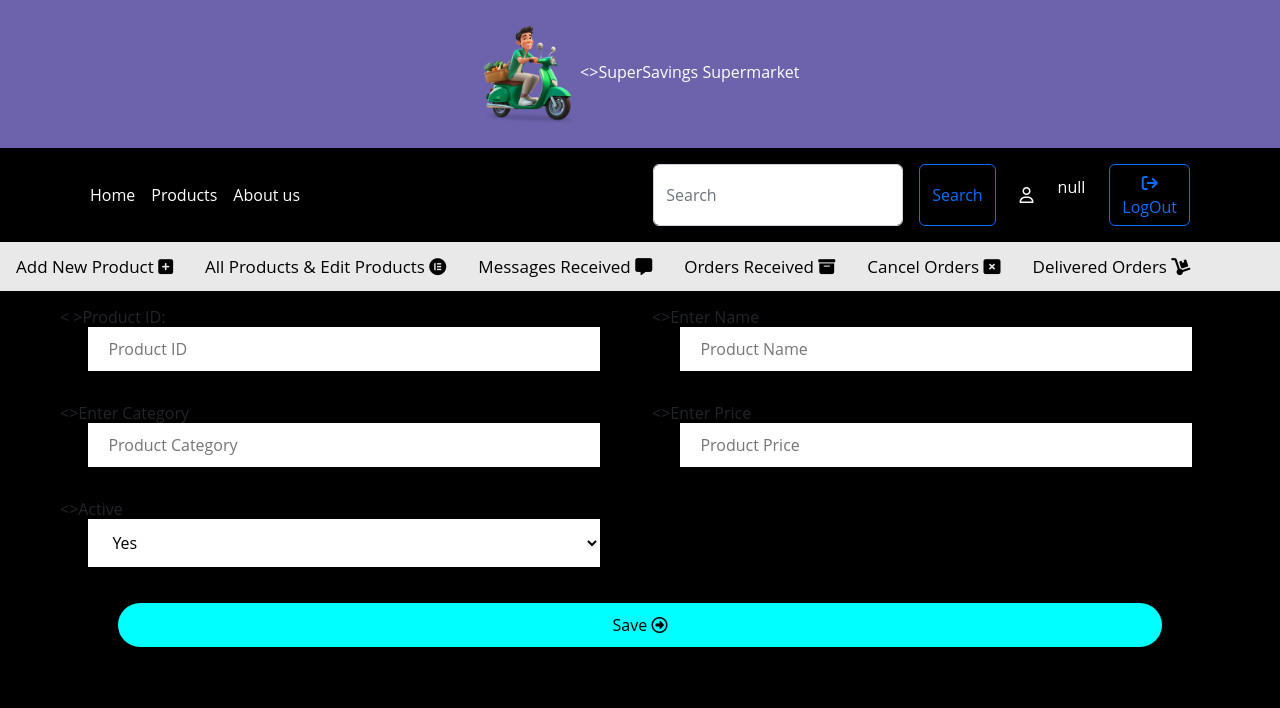
Repository: Raviraj39/SuperSaving-Online-Supermarket-Website
Page: http://localhost/Super_market/AddNewProduct.jsp
An editor plug-in stored every save of this project. The page is shown before and after the next save, followed by the edit.
The browser window is 1280 px wide. The pictures show the whole page.
The page is served by Tomcat 9. Other server files are loaded and not shown.

Above is the page before, as saved 2023-12-28 18:27:19.

### Super_market/src/main/webapp/AddNewProduct.jsp
<%@ page language="java" contentType="text/html; charset=ISO-8859-1"
    pageEncoding="ISO-8859-1"%>

     <%@page import ="java.sql.*"%>
      <%@page import ="java.io.IOException" %>
    <%@ page import ="java.io.PrintWriter"%>
    <%@ include file="AdminHome.jsp" %>

    <%


    %>
<!DOCTYPE html>
<html>
<head>
<meta charset="ISO-8859-1">
<title>SuperSaving Supermarket</title>
<link rel="stylesheet" href="css/addproduct.css">
<link rel="stylesheet" href="https://cdnjs.cloudflare.com/ajax/libs/font-awesome/6.5.1/css/all.min.css" integrity="sha512-DTOQO9RWCH3ppGqcWaEA1BIZOC6xxalwEsw9c2QQeAIftl+Vegovlnee1c9QX4TctnWMn13TZye+giMm8e2LwA==" crossorigin="anonymous" referrerpolicy="no-referrer" />
<link href="https://cdn.jsdelivr.net/npm/bootstrap@5.2.3/dist/css/bootstrap.min.css" rel="stylesheet"
		integrity="sha384-rbsA2VBKQhggwzxH7pPCaAqO46MgnOM80zW1RWuH61DGLwZJEdK2Kadq2F9CUG65" crossorigin="anonymous">
</head>
<body class="body">

<%
String msg=request.getParameter("msg");
if("done".equals(msg)){
	%>
	<h3 class="alert">product added successfully!!!</h3>
	<% }%>
	<%
	if("wrong".equals(msg)){
	%>

<h3 class="alert">Some thing went wrong! Try Again!</h3>

	<% }%>







<form method="post" action="addproduct" class="cotainer ">
		<div class="cotainer mx-5  row" >
		<div class="col-12 col-md-6 my-3">
		< >Product ID: </>
		<input type="text" class="input-style " name="input1" placeholder="Product ID">
		</div>
		<div class="col-12 col-md-6 my-3">
		 <>Enter Name</>
		 	<input type="text" class="input-style" name="input2" placeholder="Product Name">

		</div>

		<div class=" col-12 col-md-6 my-3">
		<>Enter Category</>
		<input type="text"  class="input-style" name="input3" placeholder="Product Category">

		</div>

		<div class="col-12 col-md-6 my-3">
		<>Enter Price</>
		<input type="text" class="input-style" name="input4" placeholder="Product Price">
		</div>

		<div class=" col-12 col-md-6 my-3">
		<>Active</>
		<select name="active" class="input-style" id="active">
			<option value="yes">Yes</option>
			<option value="no">No</option>
		</select>

		</div>

		<div class=" col-12  my-3">
		<button class="button" type="submit">Save <i class='far fa-arrow-alt-circle-right'></i>
		</div>
		</button>
		</div>

</form>
</body>
</html>

### Super_market/src/main/webapp/AdminHome.jsp
<%@ page language="java" contentType="text/html; charset=ISO-8859-1"
    pageEncoding="ISO-8859-1"%>
<!DOCTYPE html>
<html>
<head>
<meta charset="ISO-8859-1">
<title>SuperSaving Supermarket</title>
<link rel="stylesheet" href="css/homestyle.css">
<link rel="stylesheet" href="https://cdnjs.cloudflare.com/ajax/libs/font-awesome/6.5.1/css/all.min.css" integrity="sha512-DTOQO9RWCH3ppGqcWaEA1BIZOC6xxalwEsw9c2QQeAIftl+Vegovlnee1c9QX4TctnWMn13TZye+giMm8e2LwA==" crossorigin="anonymous" referrerpolicy="no-referrer" />
<link href="https://cdn.jsdelivr.net/npm/bootstrap@5.2.3/dist/css/bootstrap.min.css" rel="stylesheet"
		integrity="sha384-rbsA2VBKQhggwzxH7pPCaAqO46MgnOM80zW1RWuH61DGLwZJEdK2Kadq2F9CUG65" crossorigin="anonymous">

</head>
<body>
	<div class="container-fluid navtop">
		<div class="text-center py-4 text-white  ">
			<img src="./images/illustrations/BikeDilvery.webp" alt="" class="" height="100px">
			<>SuperSavings Supermarket</>
		</div>
	</div>
	<nav class="navbar navbar-expand-lg bg-black text-white py-3">
		<div class="container text-white">
			<button class="navbar-toggler" type="button" data-bs-toggle="collapse"
				data-bs-target="#navbarSupportedContent" aria-controls="navbarSupportedContent" aria-expanded="false"
				aria-label="Toggle navigation">
				<span class="navbar-toggler-icon"></span>
			</button>
			<div class="collapse navbar-collapse " id="navbarSupportedContent">
				<ul class="navbar-nav me-auto mb-2 mb-lg-0  ">
					<li class="nav-item">
						<a class="nav-link active text-white" href="./AdminHome.jsp">Home</a>
					</li>
					<li class="nav-item">
						<a class="nav-link text-white" href="">Products</a>
					</li>
					<li class="nav-item">
						<a class="nav-link text-white" href="#"> About us</a>
					</li>
				</ul>
				<form class="d-flex" role="search">
					<input class="form-control me-2" type="search" placeholder="Search" aria-label="Search">
					<button class="btn btn-outline-primary mx-2" type="submit">Search</button>
					<div class="d-flex align-items-center justify-content-between mx-3">
						<div class="">
						<i class="fa-regular fa-user "></i></div>
					<p class="ms-4 "><%= session.getAttribute("username") %></p>
					</div>
					<a href="logout" class="btn btn-outline-primary mx-2"> <i class="fa-solid fa-arrow-right-from-bracket"></i>LogOut  </a>
				</form>
			</div>
		</div>
	</nav>
	<div class="topnav sticky">
            <a href="AddNewProduct.jsp">Add New Product <i class='fas fa-plus-square'></i></a>
            <a href="allProductEdit.jsp">All Products & Edit Products <i class='fab fa-elementor'></i></a>
            <a href="">Messages Received <i class='fas fa-comment-alt'></i></a>
            <a href="">Orders Received <i class="fas fa-archive"></i></a>
            <a href="">Cancel Orders <i class='fas fa-window-close'></i></a>
            <a href="">Delivered Orders <i class='fas fa-dolly'></i></a>
          </div>

</body>
</html>

### Super_market/src/main/webapp/css/homestyle.css
    body {
  font-family: "Open Sans", sans-serif;
  line-height: 1.25;
  background-color: #6C63AC;
}
a
{
	text-decoration: none;
}
.sticky {
  position: -webkit-sticky;
  position: sticky;
  top: 0;
}

@font-face {
	font-family: fonts;
	src: url(../fonts/moto-verse.otf);
}
.top-nav >div{
	font-family: fonts;
	font-weight: 900;
	font-size: 4em;
}
.navtop{
	background-color: #6C63AC;
}
.carousel-img{
	height: 75vh;
}
table {
  border: 1px solid #ccc;
  border-collapse: collapse;
  margin: 0;
  padding: 0;
  width: 100%;
  /*margin-left: 5%;*/
  table-layout: fixed;
}

table caption {
  font-size: 1.5em;
  margin: .5em 0 .75em;
}

table tr {
  background-color: #f8f8f8;
  border: 1px solid #ddd;
  padding: .35em;
}

table th,
table td {
  padding: .625em;
  text-align: center;
}

table th {
  font-size: .85em;
  letter-spacing: .1em;
  text-transform: uppercase;
}

@media screen and (max-width: 600px) {
  table {
    border: 0;
  }

  table caption {
    font-size: 1.3em;
  }

  table thead {
    border: none;
    clip: rect(0 0 0 0);
    height: 1px;
    margin: -1px;
    overflow: hidden;
    padding: 0;
    position: absolute;
    width: 1px;
  }

  table tr {
    border-bottom: 3px solid #ddd;
    display: block;
    margin-bottom: .625em;
  }

  table td {
    border-bottom: 1px solid #ddd;
    display: block;
    font-size: .8em;
    text-align: right;
  }

  table td::before {
    /*
    * aria-label has no advantage, it won't be read inside a table
    content: attr(aria-label);
    */
    content: attr(data-label);
    float: left;
    font-weight: bold;
    text-transform: uppercase;
  }

  table td:last-child {
    border-bottom: 0;
  }
}

/*Header Css*/
* {box-sizing: border-box;}

    body {
      margin: 0;
      font-family: Arial, Helvetica, sans-serif;
    }

    .topnav {
      overflow: hidden;
      background-color: #e9e9e9;
    }

    .topnav a {
      float: left;
      display: block;
      color: black;
      text-align: center;
      padding: 14px 16px;
      text-decoration: none;
      font-size: 17px;
    }

    .topnav a:hover {
      background-color: #ddd;
      color: black;
    }

    .topnav a.active {
      background-color: #2196F3;
      color: white;
    }

    .topnav .search-container {
      float: right;
    }

    .topnav input[type=text] {
      padding: 6px;
      margin-top: 8px;
      font-size: 17px;
      border: none;
    }

    .topnav .search-container button {
      float: right;
      padding: 6px 10px;
      margin-top: 8px;
      margin-right: 16px;
      background: #ddd;
      font-size: 17px;
      border: none;
      cursor: pointer;
    }

    .topnav .search-container button:hover {
      background: #ccc;
    }

    @media screen and (max-width: 600px) {
      .topnav .search-container {
        float: none;
      }
      .topnav a, .topnav input[type=text], .topnav .search-container button {
        float: none;
        display: block;
        text-align: left;
        width: 100%;
        margin: 0;
        padding: 14px;
      }
      .topnav input[type=text] {
        border: 1px solid #ccc;
      }

    }





.input-style {
  width: 90%;
  padding: 12px 20px;
  margin-left:5%;
  box-sizing: border-box;
  border: none;
  background-color:white;
  color: black;
  font-size: 16px;
}

input[type=text]:focus, textarea:focus,button:focus{
  outline: 4px solid orange;
  background-color:rgb(224, 255, 219);     /* oranges! yey */
}

.button {
  background-color: aqua;
  border: none;
  color: black;
  padding: 12px 20px;
  text-align: center;
  text-decoration: none;
  display: inline-block;
  font-size: 14px;
  margin: 4px 2px;
  transition-duration: 0.4s;
  cursor: pointer;
  margin-left:5%;
  font-size: 16px;
  width: 90%;
   border-radius: 25px;
}

.button:hover {
  background-color: #555555;
  color: white;
}


.alert
{
	color:yellow;
}

.profile-style
{
	border-style: dotted;

}

.left-div
{
	width: 50%;
	display:inline-block;
}

.right-div
{
	float:right;
	width: 50%;
	display:inline-block;
}
/*footer*/
.footer {
   position: fixed;
   left: 0;
   bottom: 0;
   width: 100%;
   background-color:#ccc;
   color:black;
   text-align: center;
}

.h2222 {
  width: 100%;
  padding: 12px 20px;
  margin: 8px 0;
  box-sizing: border-box;
  border: none;
  background-color: #3CBC8D;
  color: white;
}

### Super_market/src/main/webapp/css/addproduct.css
.body {
  font-family: "Open Sans", sans-serif;
  line-height: 1.25;
  background-color: #000;
}

a{
	text-decoration: none;
}
.sticky {
  position: -webkit-sticky;
  position: sticky;
  top: 0;
}

table {
  border: 1px solid #ccc;
  border-collapse: collapse;
  margin: 0;
  padding: 0;
  width: 100%;
  /*margin-left: 5%;*/
  table-layout: fixed;
}

table caption {
  font-size: 1.5em;
  margin: .5em 0 .75em;
}

table tr {
  background-color: #f8f8f8;
  border: 1px solid #ddd;
  padding: .35em;
}

table th,
table td {
  padding: .625em;
  text-align: center;
}

table th {
  font-size: .85em;
  letter-spacing: .1em;
  text-transform: uppercase;
}

@media screen and (max-width: 600px) {
  table {
    border: 0;
  }

  table caption {
    font-size: 1.3em;
  }

  table thead {
    border: none;
    clip: rect(0 0 0 0);
    height: 1px;
    margin: -1px;
    overflow: hidden;
    padding: 0;
    position: absolute;
    width: 1px;
  }

  table tr {
    border-bottom: 3px solid #ddd;
    display: block;
    margin-bottom: .625em;
  }

  table td {
    border-bottom: 1px solid #ddd;
    display: block;
    font-size: .8em;
    text-align: right;
  }

  table td::before {
    /*
    * aria-label has no advantage, it won't be read inside a table
    content: attr(aria-label);
    */
    content: attr(data-label);
    float: left;
    font-weight: bold;
    text-transform: uppercase;
  }

  table td:last-child {
    border-bottom: 0;
  }
}

/*Header Css*/
* {box-sizing: border-box;}

    body {
      margin: 0;
      font-family: Arial, Helvetica, sans-serif;
    }


/*footer*/
.footer {
   position: fixed;
   left: 0;
   bottom: 0;
   width: 100%;
   background-color:#ccc;
   color:black;
   text-align: center;
}

.input-style {
  width: 90%;
  padding: 12px 20px;
  margin-left:5%;
  box-sizing: border-box;
  border: none;
  background-color:white;
  color: black;
  font-size: 16px;
}

input[type=text]:focus, textarea:focus,button:focus{
  outline: 4px solid orange;
  background-color:rgb(224, 255, 219);     /* oranges! yey */
}

.button {
  background-color: aqua;
  border: none;
  color: black;
  padding: 12px 20px;
  text-align: center;
  text-decoration: none;
  display: inline-block;
  font-size: 14px;
  margin: 4px 2px;
  transition-duration: 0.4s;
  cursor: pointer;
  margin-left:5%;
  font-size: 16px;
  width: 90%;
   border-radius: 25px;
}

.button:hover {
  background-color: #555555;
  color: white;
}

hr
{
	width: 90%
}

{
	text-align: center;
	color:white;
}
.alert
{
	color:yellow;
}

.profile-style
{
	border-style: dotted;

}

.left-div
{
	width: 50%;
	display:inline-block;
}

.right-div
{
	float:right;
	width: 50%;
	display:inline-block;
}

After the next save:
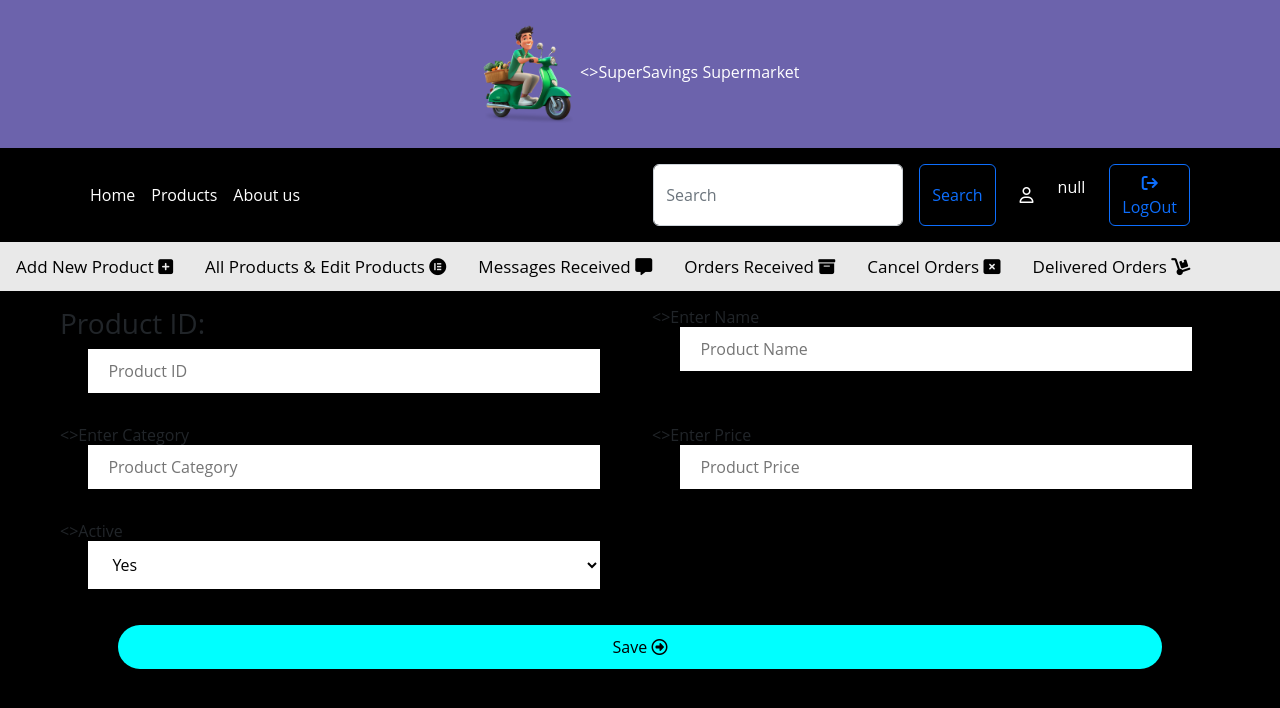
Saved 8 s later.
--- a/Super_market/src/main/webapp/AddNewProduct.jsp
+++ b/Super_market/src/main/webapp/AddNewProduct.jsp
@@ -45,7 +45,7 @@ if("done".equals(msg)){
 <form method="post" action="addproduct" class="cotainer ">
 		<div class="cotainer mx-5  row" >
 		<div class="col-12 col-md-6 my-3">
-		< >Product ID: </>
+		<h3 >Product ID: </h3>
 		<input type="text" class="input-style " name="input1" placeholder="Product ID">
 		</div>
 		<div class="col-12 col-md-6 my-3">

After the save that followed:
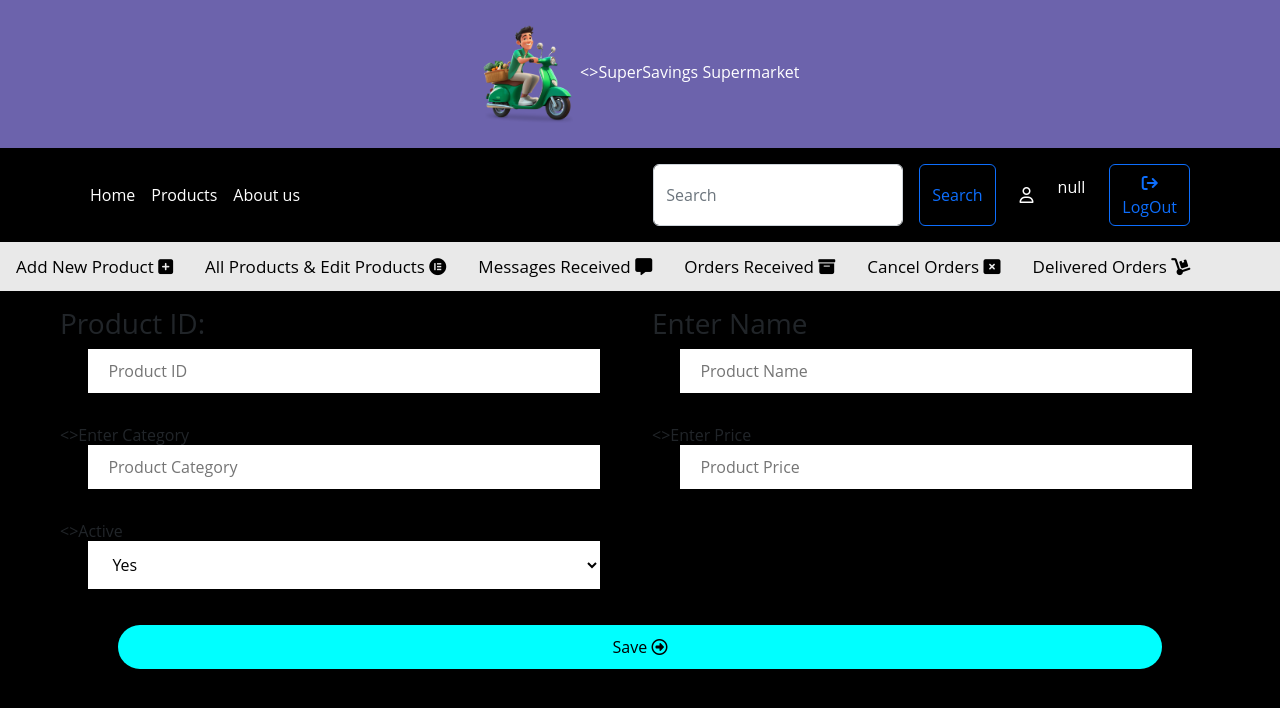
Saved 6 s later.
--- a/Super_market/src/main/webapp/AddNewProduct.jsp
+++ b/Super_market/src/main/webapp/AddNewProduct.jsp
@@ -49,7 +49,7 @@ if("done".equals(msg)){
 		<input type="text" class="input-style " name="input1" placeholder="Product ID">
 		</div>
 		<div class="col-12 col-md-6 my-3">
-		 <>Enter Name</>
+		 <h3>Enter Name</h3>
 		 	<input type="text" class="input-style" name="input2" placeholder="Product Name">
 
 		</div>
